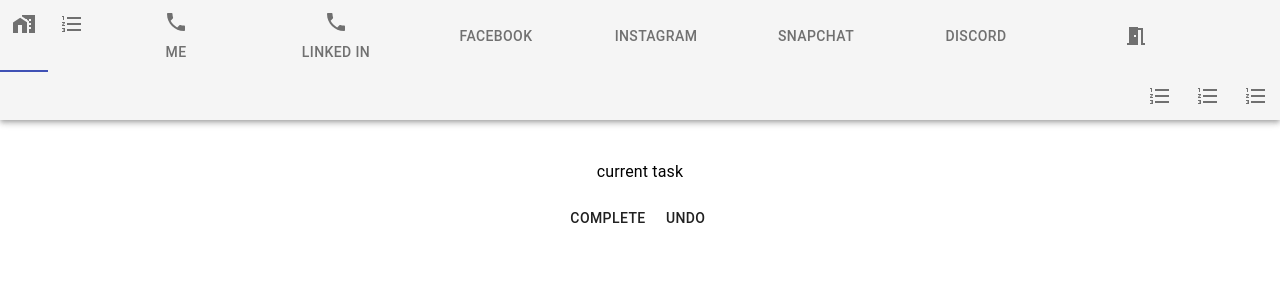
Repository: hossamsulleman1/CONTACTME
Page: / (app in my-app/)
An editor plug-in stored every save of this project. The page is shown before and after a run of saves, followed by the edit.
The browser window is 1280 px wide. The pictures show the whole page.
The project was rebuilt for these pictures with package versions that can differ from the ones it lists, and the page was loaded fresh each time. Also part of the build but not shown: my-app/src/Components/PageProp.jsx, my-app/src/Components/ProfileFolder/FriendsAvatarList.jsx, my-app/src/Components/ProfileFolder/Content.jsx.

Above is the page before, as saved 2020-11-08 11:23:30.

After the next 3 saves:
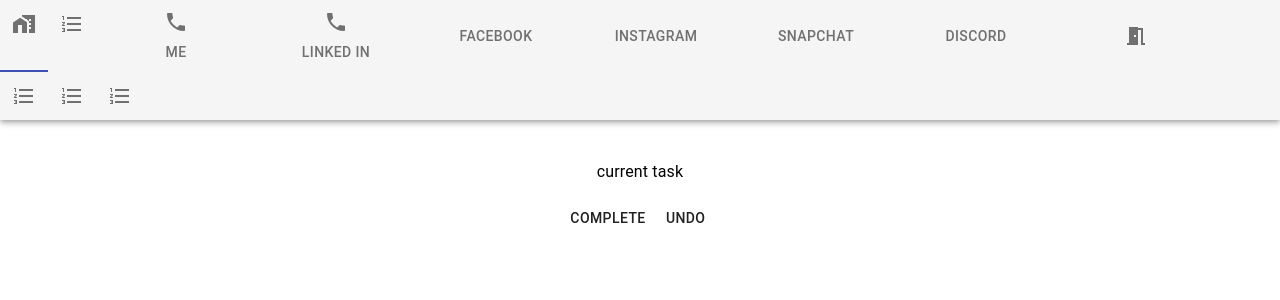
The 3 saves are shown as one change because they came seconds apart.
The last was saved 8 s later.
--- a/my-app/src/App.css
+++ b/my-app/src/App.css
@@ -7,7 +7,7 @@
 }
 
 .flexbox {
-  flex: ;
+ display: flex;
 }
 
 .App-logo {
